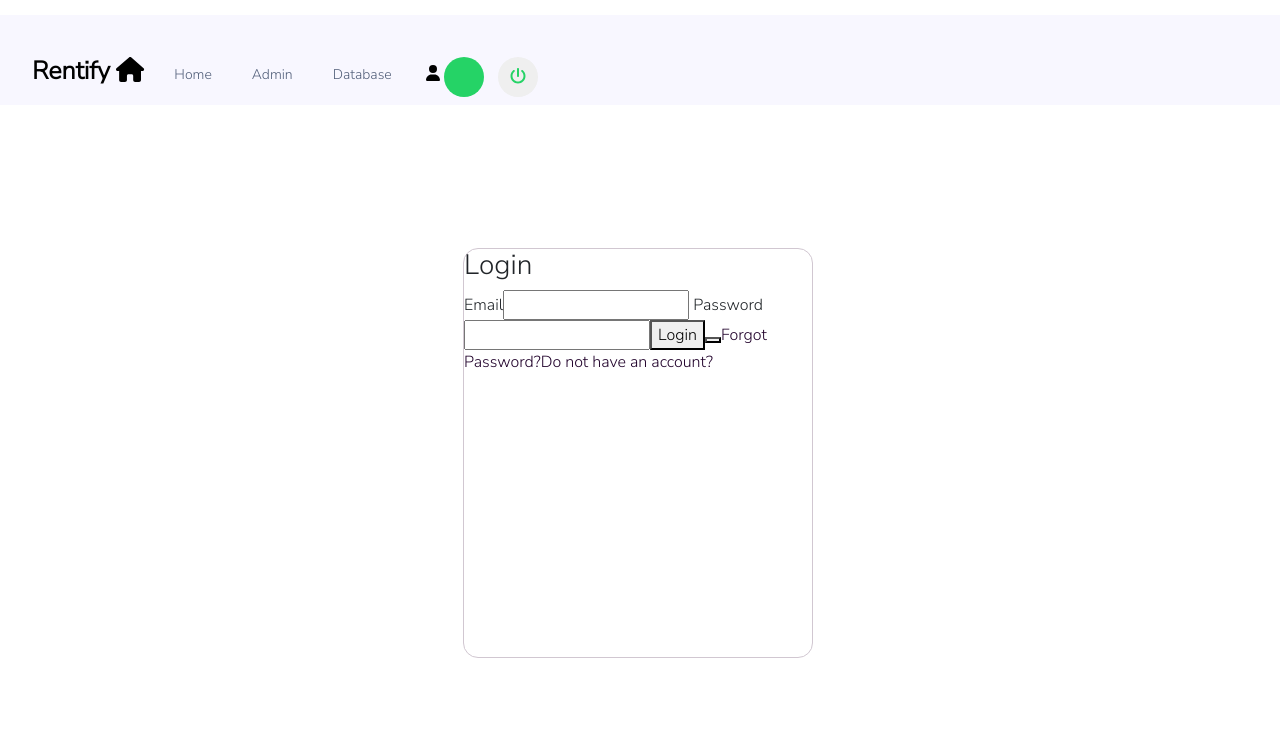
Repository: duzzisantos/rentify
Page: /
An editor plug-in stored every save of this project. The page is shown before and after the next save, followed by the edit.
The browser window is 1280 px wide. The pictures show the whole page.
The project was rebuilt for these pictures with package versions that can differ from the ones it lists, and the page was loaded fresh each time. Also part of the build but not shown: src/home.js, src/admin.js, src/auth/register.js, src/table-component.js, src/edit-property.js, src/tables.js, src/booking.js.

Above is the page before, as saved 2022-05-19 01:14:49.

After the next save:
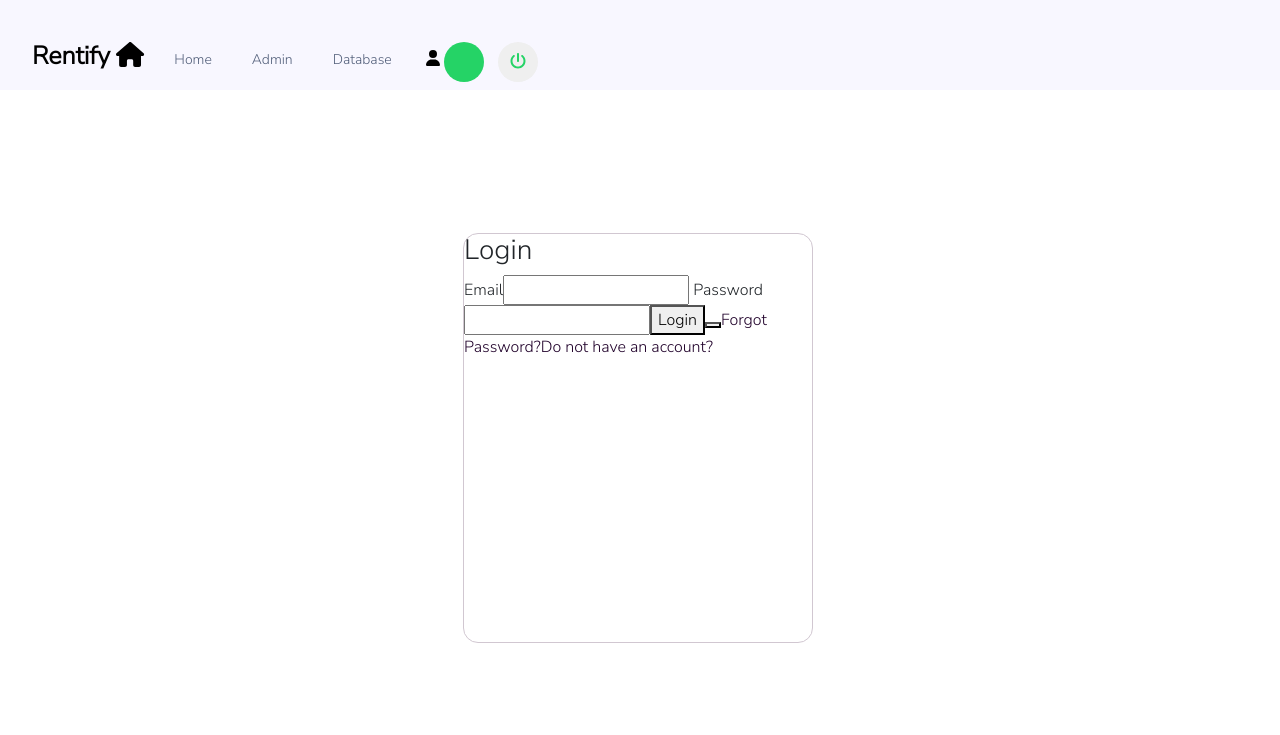
Saved 2 min 40 s later.
--- a/src/App.css
+++ b/src/App.css
@@ -530,7 +530,6 @@ tr img:hover {
   margin-right: 10px;
   overflow: hidden;
   margin-left: auto;
-  margin-top: 15px;
   display: -webkit-box;
   display: -ms-flexbox;
   display: flex;
